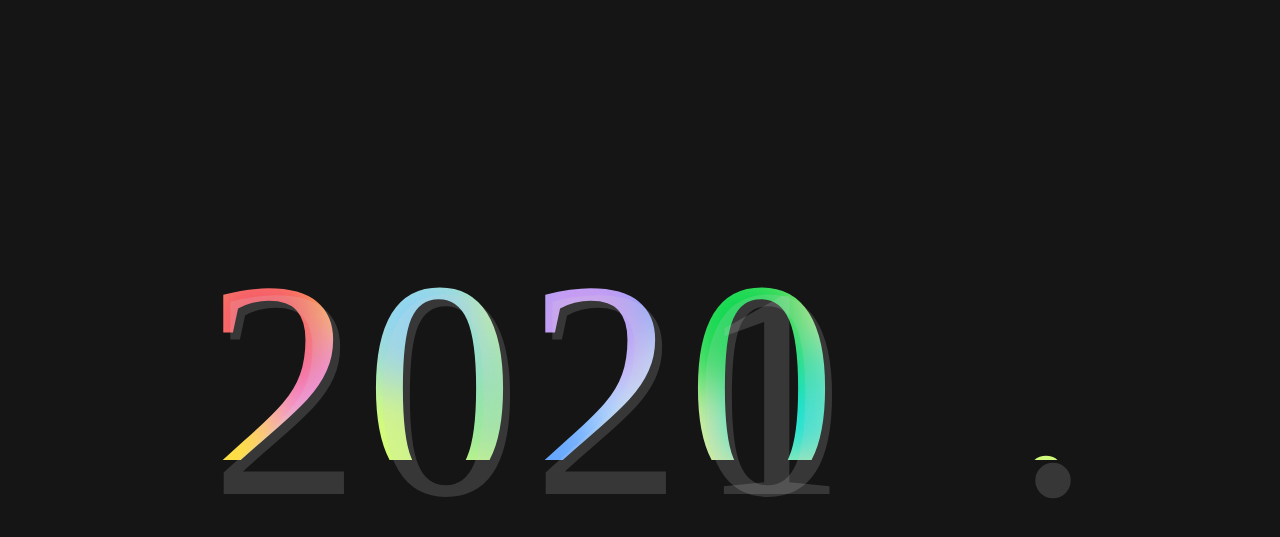
Repository: ramtoppo12/Happy-new-year-2021
Page: index.html
These files come from the project's save history. The page is drawn as it stood at one moment and after the next save; the edit follows.
The browser window is 1280 px wide. The pictures show the whole page.
Some web fonts or font styles are not loaded; a fallback is used.

Above is the page before, as saved 2020-12-24 23:26:19.

After the next save:
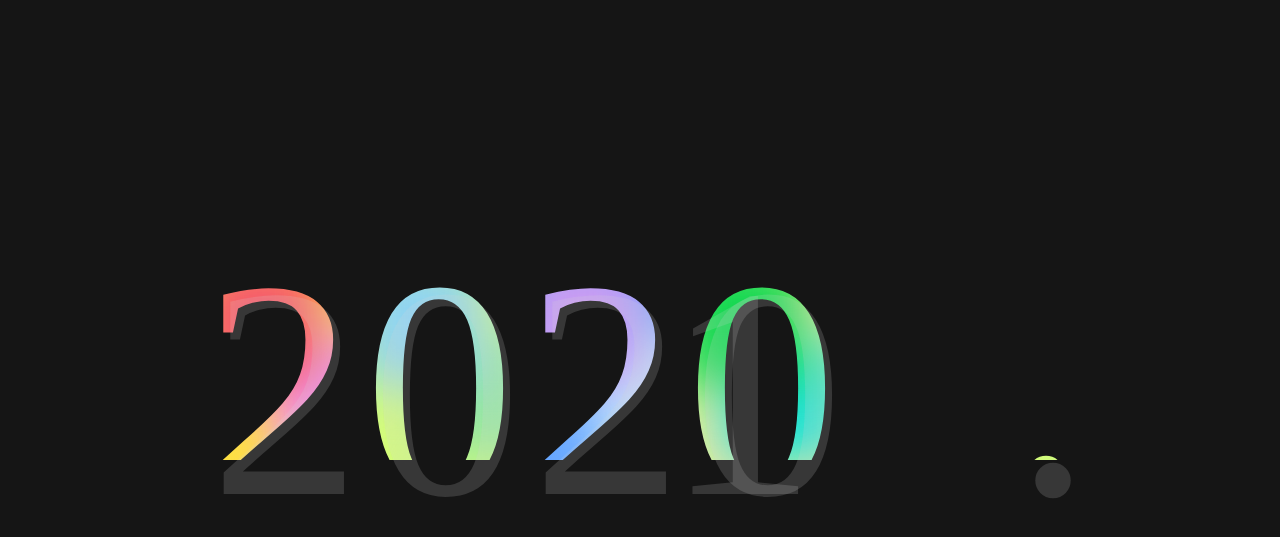
Saved 12 s later.
--- a/style.css
+++ b/style.css
@@ -41,5 +41,5 @@ body {
   background-image: url("data:[embedded picture, 1300 characters]");
 }
 .text-5 {
-  transform: translateX(-100%);
+  transform: translateX(-120%);
 }
